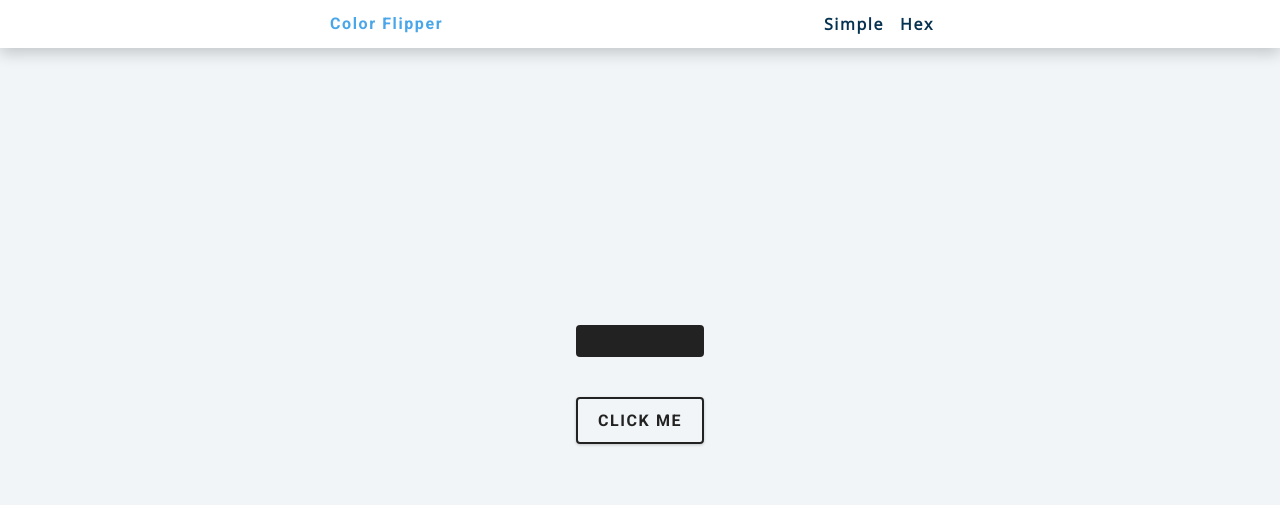
Repository: DogukanSAVA/JavascriptLearn
Page: Color Flipper/hex.html
The author's editor kept a copy of each file at every save. The page is drawn from the files as they stood at one save, then again after the next save.
The browser window is 1280 px wide. The pictures show the whole page.

Above is the page before, as saved 2021-09-12 14:22:05.

After the next save:
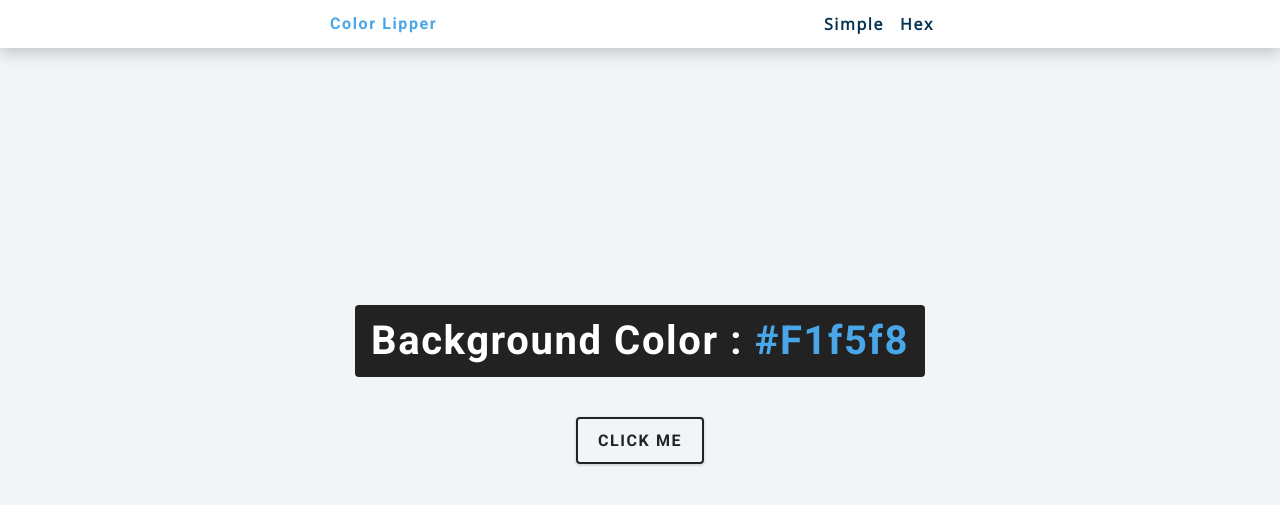
Saved 13 s later.
--- a/Color Flipper/hex.html
+++ b/Color Flipper/hex.html
@@ -7,13 +7,13 @@
           <title>Color Flipper  Hex</title>
 
 
-          <link rel="stylesheet" href="/assets/css/main.css" />
+          <link rel="stylesheet" href="assets/css/main.css" />
 </head>
 
 <body>
           <nav>
                     <div class="nav-center">
-                              <h4>Color Flipper</h4>
+                              <h4>Color lipper</h4>
                               <ul class="nav-links">
                                         <li><a href="index.html">simple</a></li>
                                         <li><a href="hex.html">hex</a></li>
@@ -22,12 +22,12 @@
           </nav>
           <main>
                     <div class="container">
-                              <h2> <span class="color"></span></h2>
-                              <button class="btn btn-hero" id="btn">Click Me</button>
+                              <h2>background color : <span class="color">#f1f5f8</span></h2>
+                              <button class="btn btn-hero" id="btn">click me</button>
                     </div>
           </main>
 
-          <script src="/assets/js/hex.js"></script>
+          <script src="assets/js/hex.js"></script>
 </body>
 
 </html>
